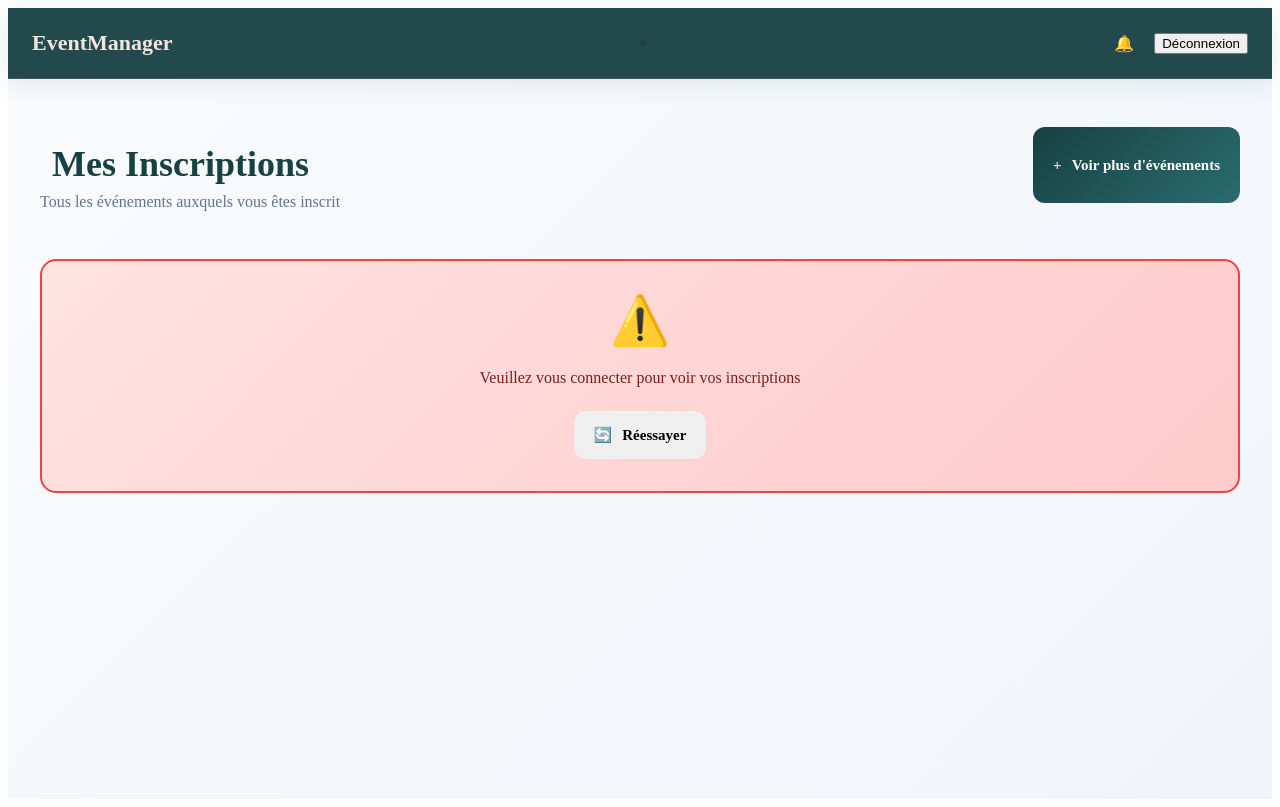
Repository: RADJA-A/DahiliRadja_Pjt_IW
Page: /participant/mes-inscriptions (app in Front/gerement/)
An editor plug-in stored every save of this project. The page is shown before and after the next save, followed by the edit.
The browser window is 1280 px wide. The pictures show the whole page.
The project was rebuilt for these pictures with package versions that can differ from the ones it lists, and the page was loaded fresh each time. Also part of the build but not shown: Front/gerement/angular.json, Front/gerement/src/app/pages/home/home.component.ts, Front/gerement/src/app/components/avantages/avantages.component.ts, Front/gerement/src/app/components/procedure/procedure.component.ts, Front/gerement/src/app/components/services/services.component.ts, Front/gerement/src/app/pages/login/login.component.ts, Front/gerement/src/app/core/services/auth.service.ts, Front/gerement/src/app/pages/signin/signin.component.ts and 8 more.

Above is the page before, as saved 2025-12-15 20:07:55.

After the next save:
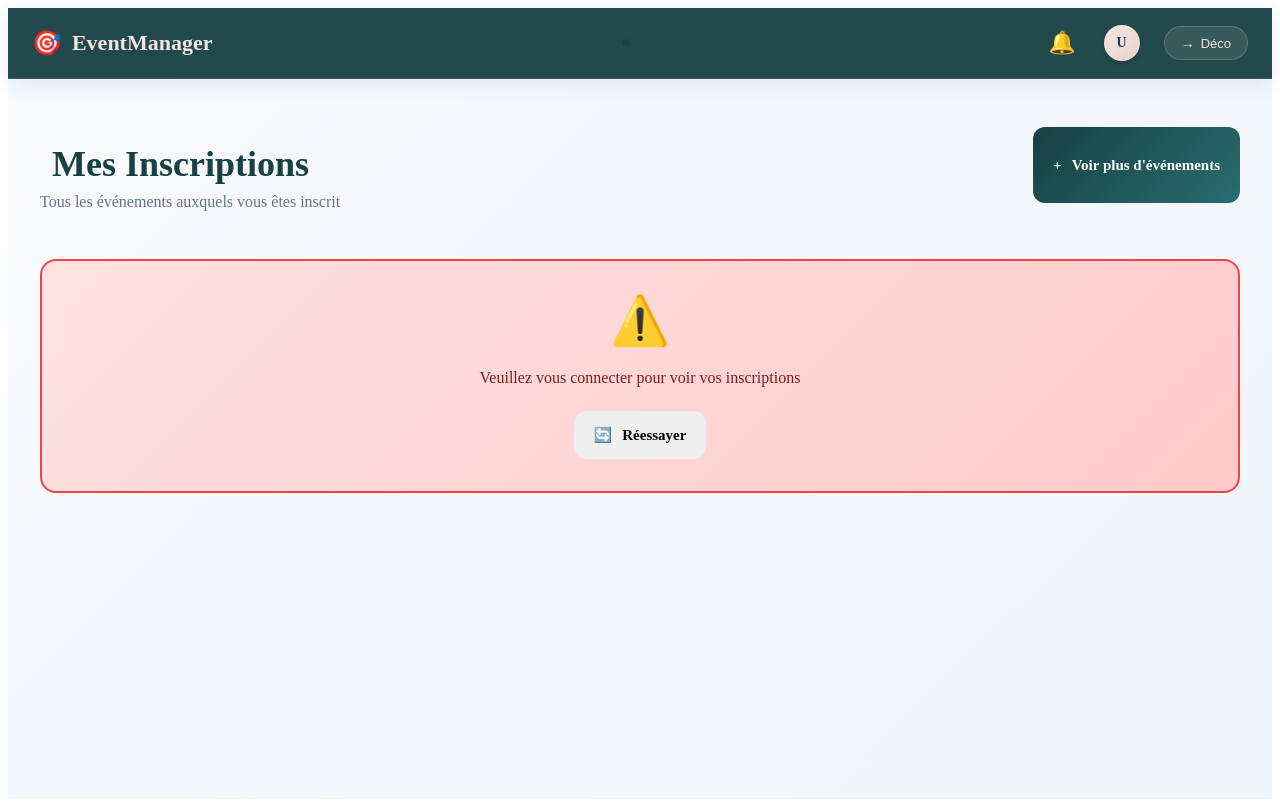
Saved 16 s later.
--- a/Front/gerement/src/app/components/navbar/navbar.component.html
+++ b/Front/gerement/src/app/components/navbar/navbar.component.html
@@ -1,38 +1,81 @@
 <nav class="navbar">
   <div class="navbar-container">
+    <!-- Brand -->
     <div class="navbar-brand">
-      <h2>EventManager</h2>
+      <div class="brand-content">
+        <span class="brand-icon">🎯</span>
+        <h2>Event<span class="highlight">Manager</span></h2>
+      </div>
     </div>
 
+    <!-- Menu -->
     <div class="navbar-menu">
       <ng-container *ngIf="isOrganisateur()">
-        <!-- Add routerLink directive -->
-        <a [routerLink]="['/organisateur/dashboard']" routerLinkActive="active">Dashboard</a>
-        <a [routerLink]="['/organisateur/mes-evenements']" routerLinkActive="active">Mes Événements</a>
-        <a [routerLink]="['/organisateur/creer-evenement']" routerLinkActive="active">Créer</a>
+        <a [routerLink]="['/organisateur/dashboard']"
+           routerLinkActive="active"
+           class="menu-link">
+          <span class="link-icon">📊</span>
+          Dashboard
+        </a>
+        <a [routerLink]="['/organisateur/mes-evenements']"
+           routerLinkActive="active"
+           class="menu-link">
+          <span class="link-icon">📅</span>
+          Mes Événements
+        </a>
+        <a [routerLink]="['/organisateur/creer-evenement']"
+           routerLinkActive="active"
+           class="menu-link create-btn">
+          <span class="link-icon">+</span>
+          Créer
+        </a>
       </ng-container>
 
       <ng-container *ngIf="isParticipant()">
-        <!-- Add routerLink directive -->
-        <a [routerLink]="['/participant/evenements']" routerLinkActive="active">Événements</a>
-        <a [routerLink]="['/participant/mes-inscriptions']" routerLinkActive="active">Mes Inscriptions</a>
-
+        <a [routerLink]="['/participant/evenements']"
+           routerLinkActive="active"
+           class="menu-link">
+          <span class="link-icon">🎪</span>
+          Événements
+        </a>
+        <a [routerLink]="['/participant/mes-inscriptions']"
+           routerLinkActive="active"
+           class="menu-link">
+          <span class="link-icon">📋</span>
+          Mes Inscriptions
+        </a>
       </ng-container>
     </div>
 
+    <!-- Actions -->
     <div class="navbar-actions">
-      <div class="notification-btn" (click)="toggleNotifications()">
-        <span class="icon">🔔</span>
-        <span class="badge-notif" *ngIf="notificationsCount > 0">{{ notificationsCount }}</span>
+      <!-- Notifications -->
+      <div class="notification-container" (click)="toggleNotifications()">
+        <div class="notification-icon" [class.has-notif]="notificationsCount > 0">
+          🔔
+          <span class="notification-badge" *ngIf="notificationsCount > 0">
+            {{ notificationsCount }}
+          </span>
+        </div>
       </div>
 
-      <div class="user-menu">
-        <span>{{ user?.prenom }} {{ user?.nom }}</span>
-        <button class="btn btn-secondary" (click)="logout()">Déconnexion</button>
+      <!-- User -->
+      <div class="user-container">
+        <div class="user-avatar">
+          {{ getUserInitials() }}
+        </div>
+        <div class="user-info">
+          <span class="user-name">{{ user?.prenom }} {{ user?.nom }}</span>
+          <span class="user-role">{{ getUserRole() }}</span>
+        </div>
+        <button class="logout-btn" (click)="logout()">
+          <span class="logout-icon">→</span>
+          Déco
+        </button>
       </div>
     </div>
   </div>
 
-  <!-- Dropdown notifications -->
+  <!-- Notifications Panel -->
   <app-notifications *ngIf="showNotifications" [userId]="user?.id"></app-notifications>
 </nav>
